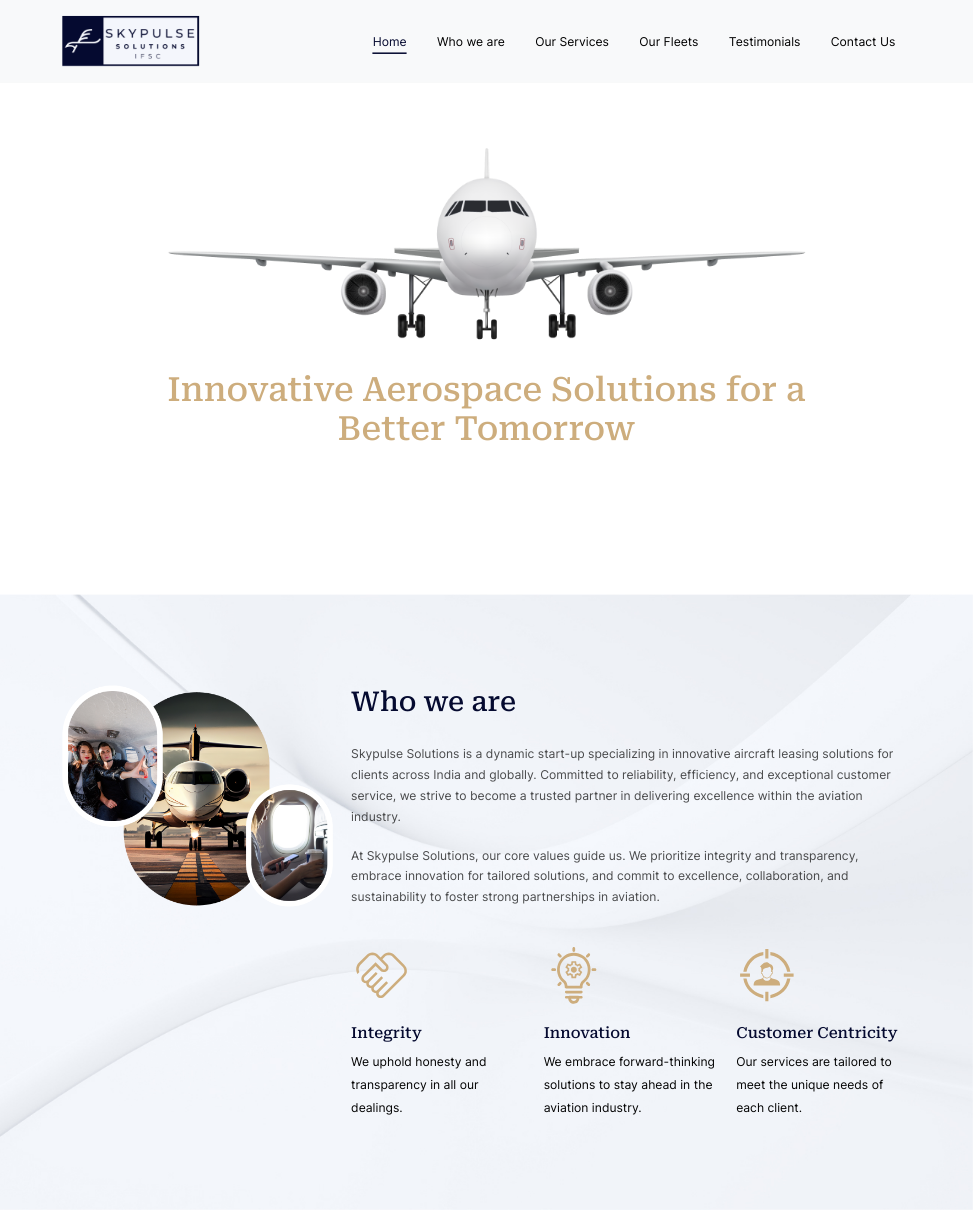
Repository: mangalravi/SkyPulse
Page: index.html
An editor plug-in stored every save of this project. The page is shown before and after a run of saves, followed by the edit.
The browser window is 1280 px wide. The pictures show the whole page, at 76% of full size.

Above is the page before, as saved 2024-12-30 10:45:44.

### index.html
<!DOCTYPE html>
<html lang="en">
  <head>
    <meta charset="UTF-8" />
    <meta name="viewport" content="width=device-width, initial-scale=1.0" />
    <title>SkyPluse</title>
    <link rel="icon" href="content/images/favicon.png" type="image/x-icon" />
    <link
      rel="stylesheet"
      type="text/css"
      href="content/bootstrap/css/bootstrap.min.css"
    />
    <link rel="stylesheet" type="text/css" href="content/css/font-family.css" />
    <link rel="stylesheet" type="text/css" href="content/css/Icon.css" />
    <link
      rel="stylesheet"
      type="text/css"
      href="content/lib/slick/css/slick.min.css"
    />
    <link rel="stylesheet" type="text/css" href="content/css/custom.css" />
  </head>
  <body>
    <header class="nvbrhdr position-fixed w-100">

      <nav class="navbar navbar-expand-lg bg-body-tertiary p-0">
        <div class="container-fluid container-lg">
          <a class="navbar-brand m-0 p-0" href="#">
            <img src="content/images/logo.png" alt="logo">
          </a>
          <button class="navbar-toggler" type="button" data-bs-toggle="collapse" data-bs-target="#navbarSupportedContent" aria-controls="navbarSupportedContent" aria-expanded="false" aria-label="Toggle navigation">
            <span class="navbar-toggler-icon"></span>
          </button>
          <div class="collapse navbar-collapse" id="navbarSupportedContent">
            <ul class="navbar-nav ms-auto mb-2 mb-lg-0">
              <li class="nav-item">
                <a class="nav-link active ps-0" aria-current="page" href="#">Home</a>
              </li>
              <li class="nav-item">
                <a class="nav-link" href="#">Who we are</a>
              </li>

              <li class="nav-item">
                <a class="nav-link" href="#">Our Services</a>
              </li>
              <li class="nav-item">
                <a class="nav-link" href="#">Our Fleets</a>
              </li>
              <li class="nav-item">
                <a class="nav-link" href="#">Testimonials</a>
              </li>

              <li class="nav-item">
                <a class="nav-link pe-0" href="#">Contact Us</a>
              </li>
            </ul>

          </div>
        </div>
      </nav>

    </header>
   <section class="top-banner">
    <div class="container">
      <div class="row justify-content-center">
        <div class="col-md-10">
          <div class="topcntnt text-center">
            <img src="content/images/airplane.png" alt="airplane">
            <h1 class="mb-2 fw-medium">Innovative Aerospace Solutions for a Better Tomorrow</h1>
            <p class="mb-2">We are committed to supporting clients from all sectors in achieving the fairness and success they deserve, delivering tailored aviation leasing solutions that meet their unique needs.</p>
            <span class="material-symbols-outlined">  arrow_forward_ios </span>
          </div>
        </div>
      </div>
    </div>
   </section>
   <section class="who-we-are">
    <div class="container">
      <div class="row justify-content-center gx-4">
        <div class="col-md-4">
<img src="content/images/who-we-are.png" alt="who">
          </div>
        <div class="col-md-8">
<h2 class="sec-head ">Who we are</h2>
<p class="sec-para mb-4">Skypulse Solutions is a
  dynamic start-up specializing in innovative aircraft leasing solutions
   for clients across India
  and globally.  Committed
   to reliability, efficiency, and exceptional
   customer service, we
   strive to become a
   trusted partner in
   delivering excellence
   within the aviation industry.</p>
   <p class="sec-para mb50">
    At Skypulse Solutions, our core values guide us. We prioritize integrity and transparency, embrace innovation for tailored solutions, and commit to excellence, collaboration, and sustainability to foster strong partnerships in aviation.
   </p>
   <div class="row">
    <div class="col-md-4">
      <img src="content/images/integrity.svg" alt="integrity" class="mb20">
      <h3 class="mb-2">Integrity</h3>
      <p class="mb-0">We uphold honesty and transparency in all our dealings.</p>
    </div>
    <div class="col-md-4">
      <img src="content/images/innovation.svg" alt="innovation" class="mb20">
      <h3 class="mb-2">Innovation</h3>
      <p class="mb-0">We embrace forward-thinking solutions to stay ahead in the aviation industry.</p>
    </div>
    <div class="col-md-4">
      <img src="content/images/customer-centricity.svg" alt="customer-centricity" class="mb20">
      <h3 class="mb-2">Customer Centricity</h3>
      <p class="mb-0">Our services are tailored to meet the unique needs of each client.</p>
    </div>
   </div>
          </div>
          </div>
          </div>
          </div>
    <script src="content/js/jquery.min.js"></script>
  <script src="content/bootstrap/js/bootstrap.bundle.min.js"></script>
    <script src="content/lib/slick/js/slick.min.js"></script>
    <script src="content/js/custom.js"></script>
  </body>
</html>

### content/css/font-family.css
/* Inter Family */

@font-face {
  font-family: "Inter";
  font-style: normal;
  font-weight: 400;
  src: url("../fonts/Inter/Inter-Regular.ttf") format("truetype");
  font-display: swap;
}

@font-face {
  font-family: "Inter";
  font-style: normal;
  font-weight: 500;
  src: url("../fonts/Inter/Inter-Medium.ttf") format("truetype");
  font-display: swap;
}

/* Roboto Serif Family */

@font-face {
  font-family: "RobotoSerif";
  font-style: normal;
  font-weight: 400;
  src: url("../fonts/Roboto-Serif/RobotoSerif-Regular.ttf") format("truetype");
  font-display: swap;
}

@font-face {
  font-family: "RobotoSerif";
  font-style: normal;
  font-weight: 500;
  src: url("../fonts/Roboto-Serif/RobotoSerif-Medium.ttf") format("truetype");
  font-display: swap;
}

### content/css/Icon.css
/* fallback */
@font-face {
    font-family: 'Material Icons';
    font-style: normal;
    font-weight: 300;
    src: url(../fonts/icon.woff2) format('woff2');
  }
  /* fallback */
  @font-face {
    font-family: 'Material Icons Outlined';
    font-style: normal;
    font-weight: 300;
    src: url(../fonts/icon-outline.woff2) format('woff2');
  }
  @font-face {
    font-family: 'Material Symbols Outlined';
    font-style: normal;
    font-weight: 300;
    src: url(../fonts/icon-symbol-outline.woff2) format('woff2');
  }

  .material-icons {
    font-family: 'Material Icons';
    font-weight: normal;
    font-style: normal;
    font-size: 24px;
    line-height: 1;
    letter-spacing: normal;
    text-transform: none;
    display: inline-block;
    white-space: nowrap;
    word-wrap: normal;
    direction: ltr;
    -webkit-font-feature-settings: 'liga';
    -webkit-font-smoothing: antialiased;
  }

  .material-icons-outlined {
    font-family: 'Material Icons Outlined';
    font-weight: normal;
    font-style: normal;
    font-size: 24px;
    line-height: 1;
    letter-spacing: normal;
    text-transform: none;
    display: inline-block;
    white-space: nowrap;
    word-wrap: normal;
    direction: ltr;
    -webkit-font-feature-settings: 'liga';
    -webkit-font-smoothing: antialiased;
  }
 /* Fallback */


.material-symbols-outlined {
  font-family: 'Material Symbols Outlined';
  font-weight: normal;
  font-style: normal;
  font-size: 24px;
  line-height: 1;
  letter-spacing: normal;
  text-transform: none;
  display: inline-block;
  white-space: nowrap;
  word-wrap: normal;
  direction: ltr;
  -webkit-font-feature-settings: 'liga';
  -webkit-font-smoothing: antialiased;
}

### content/lib/slick/css/slick.min.css
/**
 * Minified by jsDelivr using clean-css v4.2.0.
 * Original file: /npm/slick-carousel@1.8.1/slick/slick.css
 *
 * Do NOT use SRI with dynamically generated files! More information: https://www.jsdelivr.com/using-sri-with-dynamic-files
 */
 .slick-slider{position:relative;display:block;box-sizing:border-box;-webkit-user-select:none;-moz-user-select:none;-ms-user-select:none;user-select:none;-webkit-touch-callout:none;-khtml-user-select:none;-ms-touch-action:pan-y;touch-action:pan-y;-webkit-tap-highlight-color:transparent}.slick-list{position:relative;display:block;overflow:hidden;margin:0;padding:0}.slick-list:focus{outline:0}.slick-list.dragging{cursor:pointer;cursor:hand}.slick-slider .slick-list,.slick-slider .slick-track{-webkit-transform:translate3d(0,0,0);-moz-transform:translate3d(0,0,0);-ms-transform:translate3d(0,0,0);-o-transform:translate3d(0,0,0);transform:translate3d(0,0,0)}.slick-track{position:relative;top:0;left:0;display:block;margin-left:auto;margin-right:auto}.slick-track:after,.slick-track:before{display:table;content:''}.slick-track:after{clear:both}.slick-loading .slick-track{visibility:hidden}.slick-slide{display:none;float:left;height:100%;min-height:1px}[dir=rtl] .slick-slide{float:right}.slick-slide img{display:block}.slick-slide.slick-loading img{display:none}.slick-slide.dragging img{pointer-events:none}.slick-initialized .slick-slide{display:block}.slick-loading .slick-slide{visibility:hidden}.slick-vertical .slick-slide{display:block;height:auto;border:1px solid transparent}.slick-arrow.slick-hidden{display:none}
 /*# sourceMappingURL=/sm/fb3ed351cd5c0f1f30f88778ee1f9b056598e6d25ac4fdcab1eebcd8be521cd9.map */

### content/css/custom.css
:root {
  --bs-primary-color: #050A30;
  --bs-secondary-color: #030303;
  --bs-gold-color: #CDAD7D;
  --bs-heading-font-family: 'RobotoSerif', serif;
  --bs-body-font-family: 'Inter', sans-serif;
}

  section {
    padding: 120px 0;
  }
  p {
    color:var(--bs-secondary-color);
    line-height: 1.875rem;
    font-weight: 400;
  }
  a {
    text-decoration: none;
  }
  h1,h2,h3,h4,h5,h6 {
    font-family: var(--bs-heading-font-family);
    font-weight: 500;
    margin-bottom: 1rem;
    color:var(--bs-primary-color);
  }
  .material-symbols-outlined {
    font-weight: bold;
    font-size:1.25rem;
    transition:all 0.7s;
  }
  img {
    max-width: 100%;
  }
  body{
    padding:0 ;
  }
 .navbar{
background: #FFFFFFF2;
}
.nvbrhdr{
   z-index: 99;
 }
 .navbar-expand-lg .navbar-nav .nav-link {
padding: 2.781rem 0;
margin:0 1.25rem;
color:#000000;
line-height: 1.25rem;
position: relative;
 }
 .navbar-expand-lg .navbar-nav .nav-link.active {
  color: var(--bs-primary-color);
 }
 .navbar-expand-lg .navbar-nav .nav-link::before{
  position: absolute;
  content: "";
  background: transparent;
  width: 100%;
  height: 2px;
  left: 0;
  top: 63%;
 }
 .navbar-expand-lg .navbar-nav .nav-link.active::before,
  .navbar-expand-lg .navbar-nav .nav-link:hover::before {
background:var(--bs-primary-color);
 }

/* top-banner */
.top-banner{
  padding-top: 195px;
   padding-bottom: 78px;
   background:url(../images/banner-bg.png) cover;
background-position:center;
background-repeat: no-repeat;
 }
.top-banner .topcntnt img{
margin-bottom: 2.5rem;
 }
.top-banner .topcntnt h1{
color:#CDAD7D;
font-size:2.75rem;
line-height: 51.52px;
letter-spacing: 1.5%;
 }
.top-banner .topcntnt p{
font-size:1.25rem;
line-height: 1.875rem;
color:#fff;
opacity: 0.7;
 }
.top-banner .topcntnt span{
  font-size: 2rem;
  transform: rotate(90deg);
  color: #fff;
}
.sec-head{
  font-size: 2.25rem;
  line-height: 45px;
}
.who-we-are {
  background-image: url(../images/who-we-are-bg.jpg);
  background-size: cover;
  background-position: center;
  background-repeat: no-repeat;
}

.who-we-are .sec-head{
  margin-bottom: 2rem;
}
.gold{
  color:#CDAD7D;
}
.sec-para{
  color:#030303;
  line-height: 27.2px;
  opacity: 0.7;
}
.mb50{
  margin-bottom: 50px;
}
.mb20{
  margin-bottom: 1.25rem;
}
.who-we-are h3{
  font-size: 1.25rem;
  line-height: 1.875rem;
}

### content/js/custom.js
$(window).scroll(function () {
  $(this).scrollTop() >= 250
    ? $(".nvbrhdr").addClass("bg-white")
    : $(".nvbrhdr").removeClass("bg-white");
})

Loaded but not shown: content/bootstrap/css/bootstrap.min.css (library); content/js/jquery.min.js (library); content/bootstrap/js/bootstrap.bundle.min.js (library); content/lib/slick/js/slick.min.js (library)

After the next 2 saves:
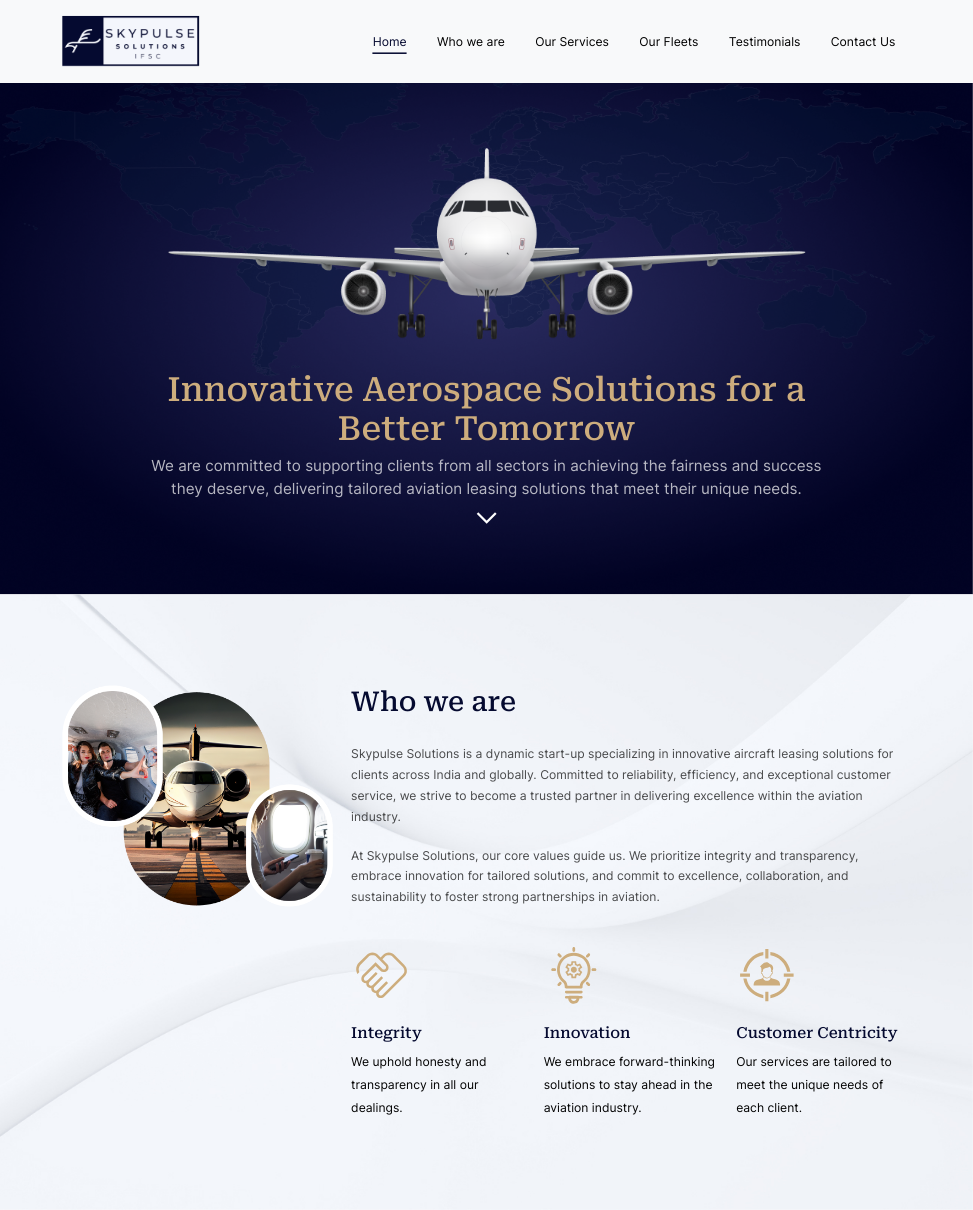
The 2 saves are shown as one change because they came seconds apart.
The last was saved 9 s later.
--- a/content/css/custom.css
+++ b/content/css/custom.css
@@ -68,9 +68,10 @@ background:var(--bs-primary-color);
 .top-banner{
   padding-top: 195px;
    padding-bottom: 78px;
-   background:url(../images/banner-bg.png) cover;
-background-position:center;
-background-repeat: no-repeat;
+   background:url(../images/banner-bg.png);
+   background-size: cover;
+   background-position: center;
+   background-repeat: no-repeat;
  }
 .top-banner .topcntnt img{
 margin-bottom: 2.5rem;
